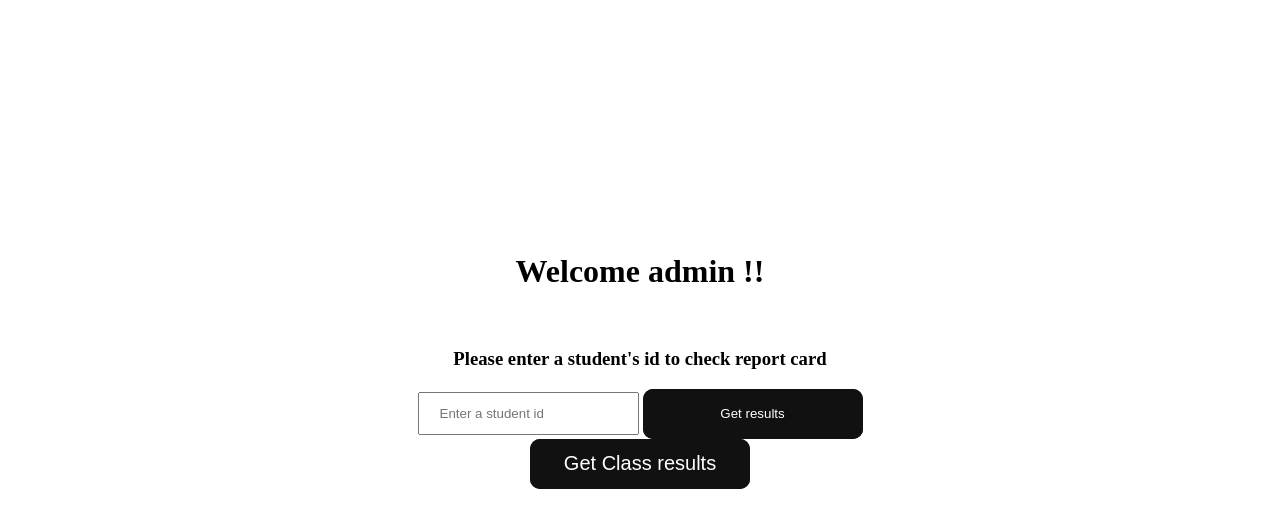
Repository: MriOj/OnlineExamPortal
Page: http://localhost/ExamPortal/admlogin.jsp
The author's editor kept a copy of each file at every save. The page is drawn from the files as they stood at one save, then again after the next save.
The browser window is 1280 px wide. The pictures show the whole page.
The page is served by Tomcat 9. Other server files are loaded and not shown.

Above is the page before, as saved 2021-09-07 10:47:15.

### ExamPortal/src/main/webapp/admlogin.jsp
<%@ page language="java" contentType="text/html; charset=ISO-8859-1"
    pageEncoding="ISO-8859-1"%>
<!DOCTYPE html>
<html>
<head>
<meta charset="ISO-8859-1">
<title>Admin</title>
<style>
.center {
position: absolute;
left: 50%;
top: 50%;
transform: translate(-50%, -50%);
color:white;
padding: 20px;
}
html,
body {
    margin: 0;
    padding: 0;
    width: 100%;
    height: 100vh;
    display: flex;
    flex-direction: column;
    justify-content: center;
    align-items: center;
    background: white;

}

.glow-on-hover {
    width: 220px;
    height: 50px;
    border: none;
    outline: none;
    color: #fff;
    background: #111;
    cursor: pointer;
    position: relative;
    z-index: 0;
    border-radius: 10px;
}

.glow-on-hover:before {
    content: '';
    background: linear-gradient(45deg, #ff0000, #ff7300, #fffb00, #48ff00, #00ffd5, #002bff, #7a00ff, #ff00c8, #ff0000);
    position: absolute;
    top: -2px;
    left:-2px;
    background-size: 400%;
    z-index: -1;
    filter: blur(5px);
    width: calc(100% + 4px);
    height: calc(100% + 4px);
    animation: glowing 20s linear infinite;
    opacity: 0;
    transition: opacity .3s ease-in-out;
    border-radius: 10px;
}

.glow-on-hover:active {
    color: #000
}

.glow-on-hover:active:after {
    background: transparent;
}

.glow-on-hover:hover:before {
    opacity: 1;
}

.glow-on-hover:after {
    z-index: -1;
    content: '';
    position: absolute;
    width: 100%;
    height: 100%;
    background: #111;
    left: 0;
    top: 0;
    border-radius: 10px;
}

@keyframes glowing {
    0% { background-position: 0 0; }
    50% { background-position: 400% 0; }
    100% { background-position: 0 0; }
}
input[type=number] {
padding: 12px 20px;
}
#b2{font-size: 20px;}
</style>
</head>
<body>


  <h1>Welcome admin !!</h1> <br>

  <h3> Please enter a student's id to check report card </h3>
  <form action="reportcard" method="post">
  <input type="number" placeholder="Enter a student id" name="userid">
  <button type="submit" class="glow-on-hover" >Get results</button>
  </form>
  <form action="classresults">
  <button class="glow-on-hover" id="b2" type="button">Get Class results</button>
  </form>


</body>

</html>

After the next save:
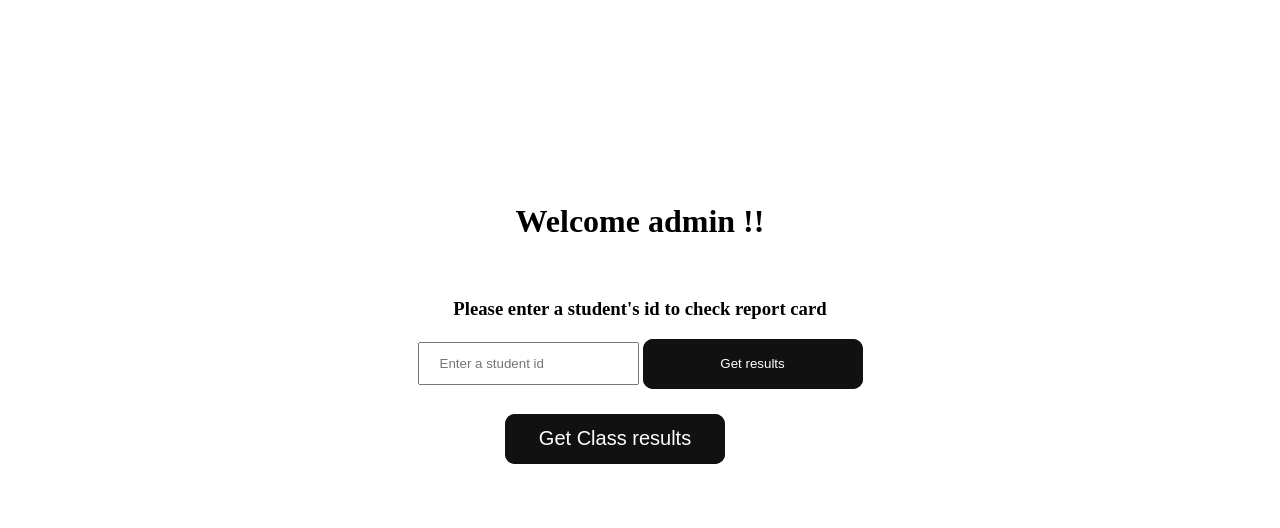
Saved 115 s later.
--- a/ExamPortal/src/main/webapp/admlogin.jsp
+++ b/ExamPortal/src/main/webapp/admlogin.jsp
@@ -90,7 +90,8 @@ body {
 input[type=number] {
 padding: 12px 20px;
 }
-#b2{font-size: 20px;}
+#b2{font-size: 20px;
+margin: 25px 50px 75px 0px;}
 </style>
 </head>
 <body>
